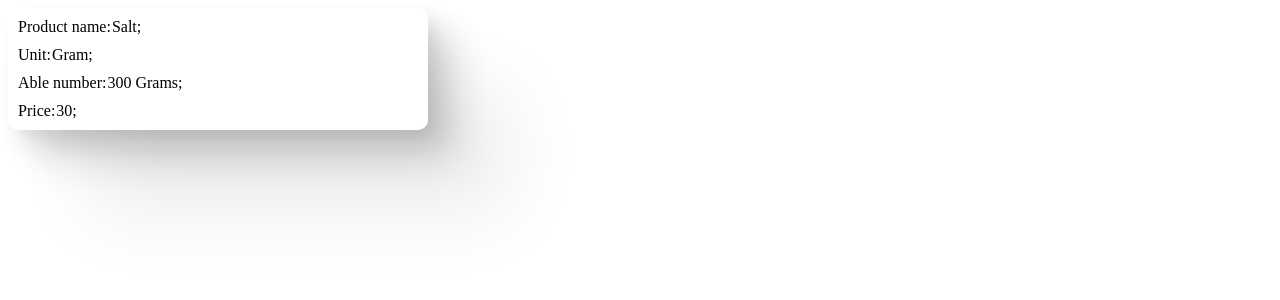
Repository: OlexandraKovach2/Vue
Page: / (app in vuexam/brila-exam/)
The author's editor kept a copy of each file at every save. The page is drawn from the files as they stood at one save, then again after the next save.
The browser window is 1280 px wide. The pictures show the whole page.
The project was rebuilt for these pictures with package versions that can differ from the ones it lists, and the page was loaded fresh each time. Also part of the build but not shown: vuexam/brila-exam/vue.config.js.

Above is the page before, as saved 2022-11-08 21:48:26.

### vuexam/brila-exam/src/main.js
import { createApp } from 'vue'
import App from './App.vue'
import store from '@/store'

createApp(App).use(store).mount('#app')

### vuexam/brila-exam/src/App.vue
<template>
  <div>
    <ObjectTable :listData="list"/>
  </div>
</template>

<script>
  import { mapGetters } from 'vuex';
  import ObjectTable from "./components/ObjectTable";
  export default {
    name: "App",
    components: {
      ObjectTable,
    },
    computed: {
      ...mapGetters(['list']),
    },
  }
</script>

<style lang="scss" scoped>

</style>

### vuexam/brila-exam/src/store/index.js
import {createStore} from 'vuex'

const store = createStore({
    state: {
        list: [
            {
                id: 1,
                name: "Salt",
                unit: "Gram",
                count: "300",
                cost: 30
            }
        ]
    },
    getters: {
        list: state => {
            return state.list;
        }
    },
});

export default store;

### vuexam/brila-exam/src/components/ObjectTable/index.vue
<template>
    <div>
        <ObjectBase v-for="item in listData"
        :key="item.id"
        :id="item.id"
        :name="item.name"
        :unit="item.unit"
        :count="item.count"
        :cost="item.cost"
        />
    </div>
</template>

<script>
    import ObjectBase from "./ObjectBase.vue"
    export default {
        name: "ObjectTable",
        components: {
            ObjectBase,
        },
        props: {
            listData: {
                type: Array,
                default: () => []
            },
        },
    }
</script>

<style lang="scss" scoped>

</style>

### vuexam/brila-exam/src/components/ObjectTable/ObjectBase.vue
<template>
    <div class="ObjectCard">
        <div class="info-row name">
            <div>Product name:</div>
            <div>{{name}};</div>
        </div>
        <div class="info-row">
            <div>Unit:</div>
            <div>{{unit}};</div>
        </div>
        <div class="info-row">
            <div>Able number:</div>
            <div>{{count}} {{unit}}s;</div>
        </div>
        <div class="info-row">
            <div>Price:</div>
            <div>{{cost}};</div>
        </div>
    </div>
</template>

<script>
    import { mapGetters } from 'vuex'
    export default {
        name: "ObjectBase",
        computed: {
        ...mapGetters(['list']),
        },
        props: {
            id: {
                type: Number,
                default: 0
            },
            name: {
                type: String,
                default: "None name"
            },
            unit: {
                type: String,
                default: "kilo"
            },
            count: {
                type: Number,
                default: 1
            },
            cost: {
                type: Number,
                default: 10
            }
        },
    }
</script>

<style lang="scss" scoped>
.ObjectCard{
    background-color: white;
    width: 400px;
    border-radius: 10px;
    box-shadow:
  6.6px 6.7px 13.7px rgba(0, 0, 0, 0.04),
  12.9px 13.2px 25.3px rgba(0, 0, 0, 0.053),
  19.2px 19.6px 34.3px rgba(0, 0, 0, 0.057),
  25.9px 26.5px 40.9px rgba(0, 0, 0, 0.057),
  35.7px 36.6px 47.2px rgba(0, 0, 0, 0.057),
  82px 84px 80px rgba(0, 0, 0, 0.07);
  display: flex;
  flex-direction: column;
  gap: 10px;
  padding: 10px;
}
.info-row{
    display: flex;
    gap: 1px;
}
</style>

Loaded but not shown: vuexam/brila-exam/public/index.html (common file)

After the next save:
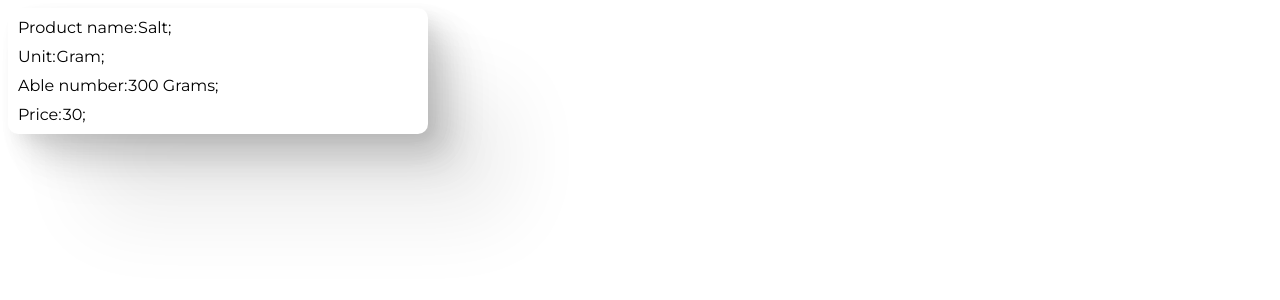
Saved 47 s later.
--- a/vuexam/brila-exam/src/App.vue
+++ b/vuexam/brila-exam/src/App.vue
@@ -19,5 +19,8 @@
 </script>
 
 <style lang="scss" scoped>
-
+@import url('https://fonts.googleapis.com/css2?family=Montserrat:wght@100;200;300;400;500&display=swap');
+*{
+  font-family: 'Montserrat', sans-serif;
+}
 </style>
